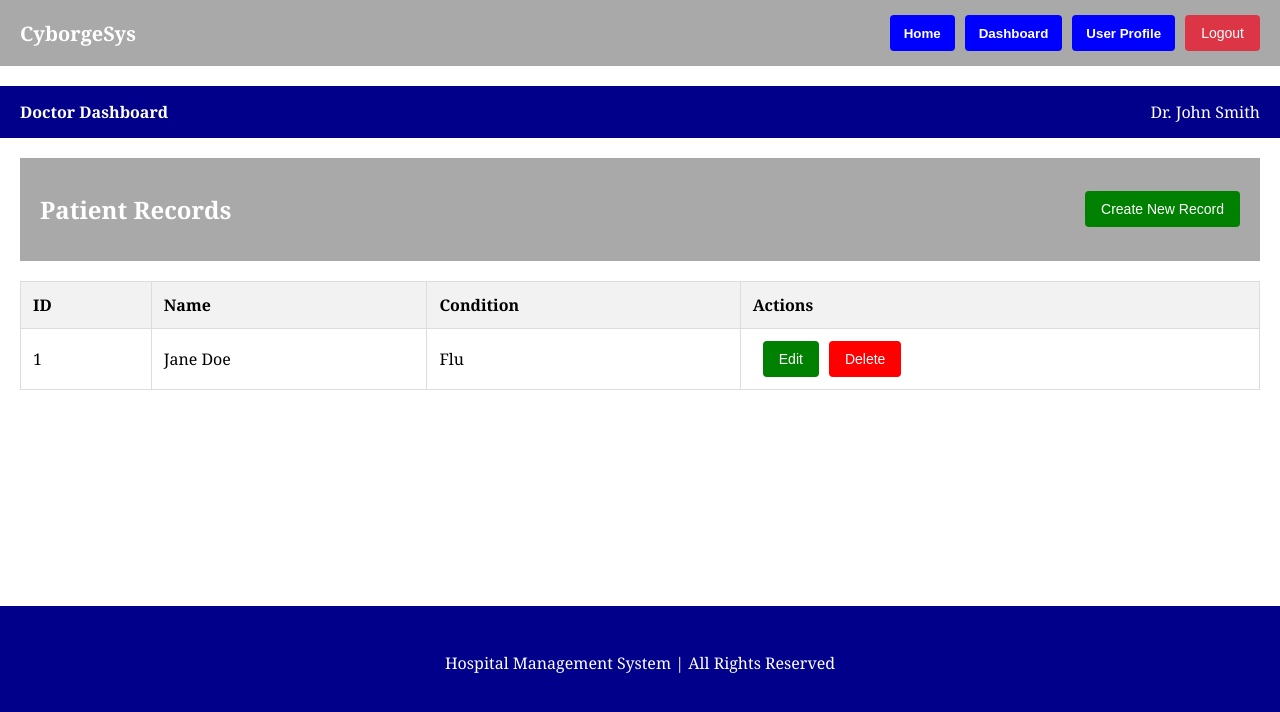
Repository: BinuriJ/HospitalSystem
Page: http://localhost/CyborgSys/DoctorDashboard.jsp
The author's editor kept a copy of each file at every save. The page is drawn from the files as they stood at one save, then again after the next save.
The browser window is 1280 px wide. The pictures show the whole page.
The page is served by Tomcat 9.

Above is the page before, as saved 2025-05-09 17:52:36.

### CyborgSys/WebContent/DoctorDashboard.jsp
<%@ page language="java" contentType="text/html; charset=UTF-8" pageEncoding="UTF-8"%>
<%@ include file="DocterDashboardstyles.jsp" %>
<!DOCTYPE html>
<html>
<head>
    <meta charset="UTF-8">
    <title>Doctor Dashboard</title>
    <style>
    	<jsp:include page="footerCss.jsp" />
    </style>
</head>
<body>

<jsp:include page="header.jsp" />

<div class="top-bar">
    <div><strong>Doctor Dashboard</strong></div>
    <div>
        <span>Dr. John Smith</span>
    </div>
</div>



<div class="container">
    <div class="header">
        <h2>Patient Records</h2>
        <button class="btn btn-create">Create New Record</button>
    </div>

    <table>
        <thead>
            <tr>
                <th>ID</th>
                <th>Name</th>
                <th>Condition</th>
                <th>Actions</th>
            </tr>
        </thead>
        <tbody>
            <tr>
                <td>1</td>
                <td>Jane Doe</td>
                <td>Flu</td>
                <td>
                    <div class="actions">
                    	<br>
                        <button class="btn btn-edit">Edit</button>
                        <button class="btn btn-delete">Delete</button>
                    </div>
                </td>
            </tr>
        </tbody>
    </table>
</div>

 <!-- Include the footer -->
        <jsp:include page="footer.jsp" />

</body>
</html>

### CyborgSys/WebContent/DocterDashboardstyles.jsp
<style>
body {
    font-family: Cambria, sans-serif;
    margin: 0;
    background-color: white;
}

.top-bar {
    background-color: darkblue;
    color: white;
    padding: 15px 20px;
    display: flex;
    justify-content: space-between;
    align-items: center;
}

.container {
    padding: 20px;
}

.header {
    display: flex;
    justify-content: space-between;
    align-items: center;
    margin-bottom: 20px;
}

.btn {
    padding: 10px 16px;
    border: none;
    border-radius: 4px;
    cursor: pointer;
    font-size: 14px;
}

.btn-create {
    background-color: green;
    color: white;
}

.btn-edit {
    background-color: green;
    color: white;
}

.btn-delete {
    background-color: red;
    color: white;
}


table {
    width: 100%;
    border-collapse: collapse;
    background-color: white;
}

th, td {
    border: 1px solid #ddd;
    padding: 12px;
    text-align: left;
}

th {
    background-color: #f2f2f2;
}

.actions {
    display: flex;
    gap: 10px;
}
</style>

### CyborgSys/WebContent/footerCss.jsp
<style>

html, body {
    height: 100%; /* Make the html and body take full height of the viewport */
}

body {
    display: flex;
    flex-direction: column; /* Use flexbox to arrange content vertically */
    min-height: 100vh; /* Make body take the full height of the viewport */
}

.container {
    flex: 1; /* Let the main content expand to fill the available space */
}

footer {
    background-color: darkblue; /* Dark background for the footer */
    color: white; /* White text */
    padding: 10px 0; /* Padding for the footer */
    text-align: center; /* Center the footer text */
}

</style>

### CyborgSys/WebContent/header.jsp
<%@ page language="java" contentType="text/html; charset=UTF-8" pageEncoding="UTF-8"%>
<%@ include file="HeaderCss.jsp" %>
<!DOCTYPE html>
<html>
<head>
  <meta charset="UTF-8">
  <title>Common Header</title>
</head>
<body>

<div class="header">
  <div class="logo">CyborgeSys</div>
  <div class="nav-buttons">
    <button class="header-btn">Home</button>
    <button class="header-btn">Dashboard</button>
    <button class="header-btn">User Profile</button>
    <button class="btn btn-logout">Logout</button>
  </div>
</div>

</body>
</html>

### CyborgSys/WebContent/HeaderCss.jsp
<style>
body {
  margin: 0;
  font-family: Cambria, sans-serif;
}

.header {
  background-color: darkgrey;
  padding: 15px 20px;
  display: flex;
  justify-content: space-between;
  align-items: center;
  color: white;
}

.logo {
  font-size: 20px;
  font-weight: bold;
}

.nav-buttons {
  display: flex;
  gap: 10px;
}

.header-btn {
  background-color: blue;
  color: white;
  border: none;
  padding: 8px 14px;
  border-radius: 4px;
  cursor: pointer;
  font-weight: bold;
}

.btn:hover {
  background-color: darkblue;
}

.btn-logout {
  background-color: #dc3545;
  color: white;
}

.btn-logout:hover {
  background-color: #c82333;
}
</style>

### CyborgSys/WebContent/footer.jsp
<!-- footer.jsp -->
<footer class="bg-dark text-light py-3">
    <div class="container text-center">
        <p>Hospital Management System | All Rights Reserved</p>
    </div>
</footer>

After the next save:
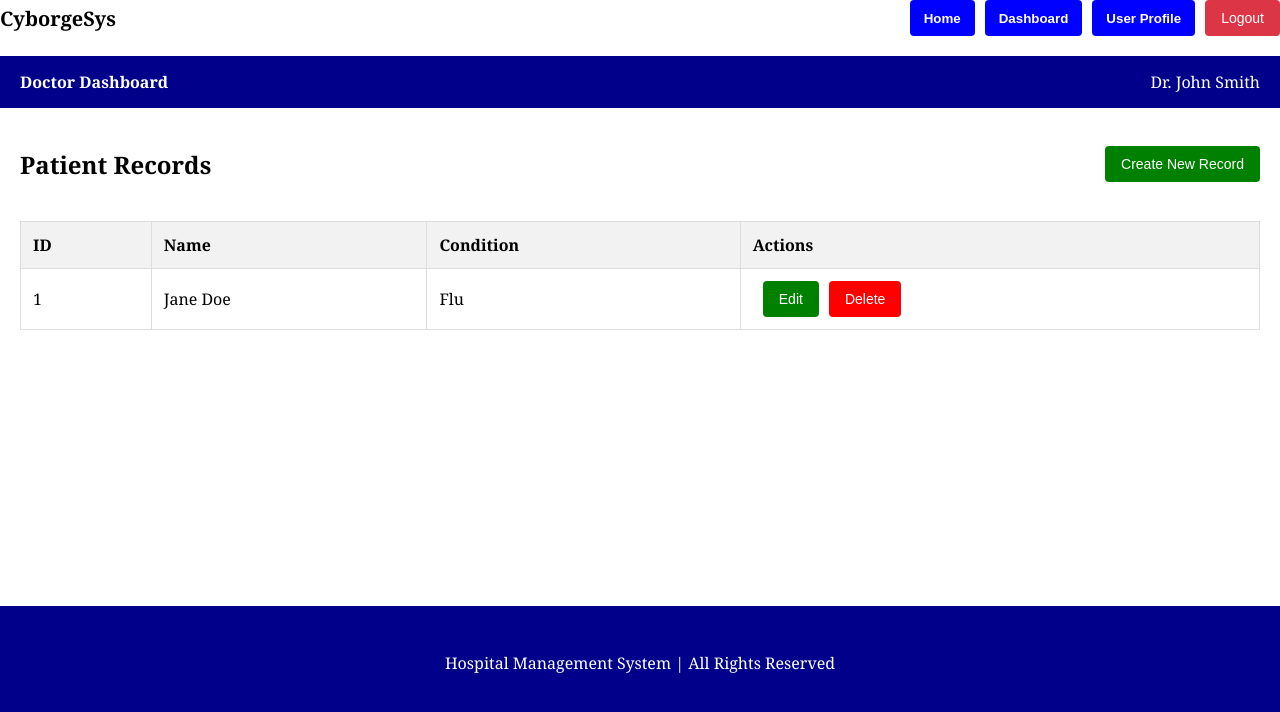
Saved 25 s later.
--- a/CyborgSys/WebContent/HeaderCss.jsp
+++ b/CyborgSys/WebContent/HeaderCss.jsp
@@ -4,7 +4,7 @@ body {
   font-family: Cambria, sans-serif;
 }
 
-.header {
+.nav-header {
   background-color: darkgrey;
   padding: 15px 20px;
   display: flex;
